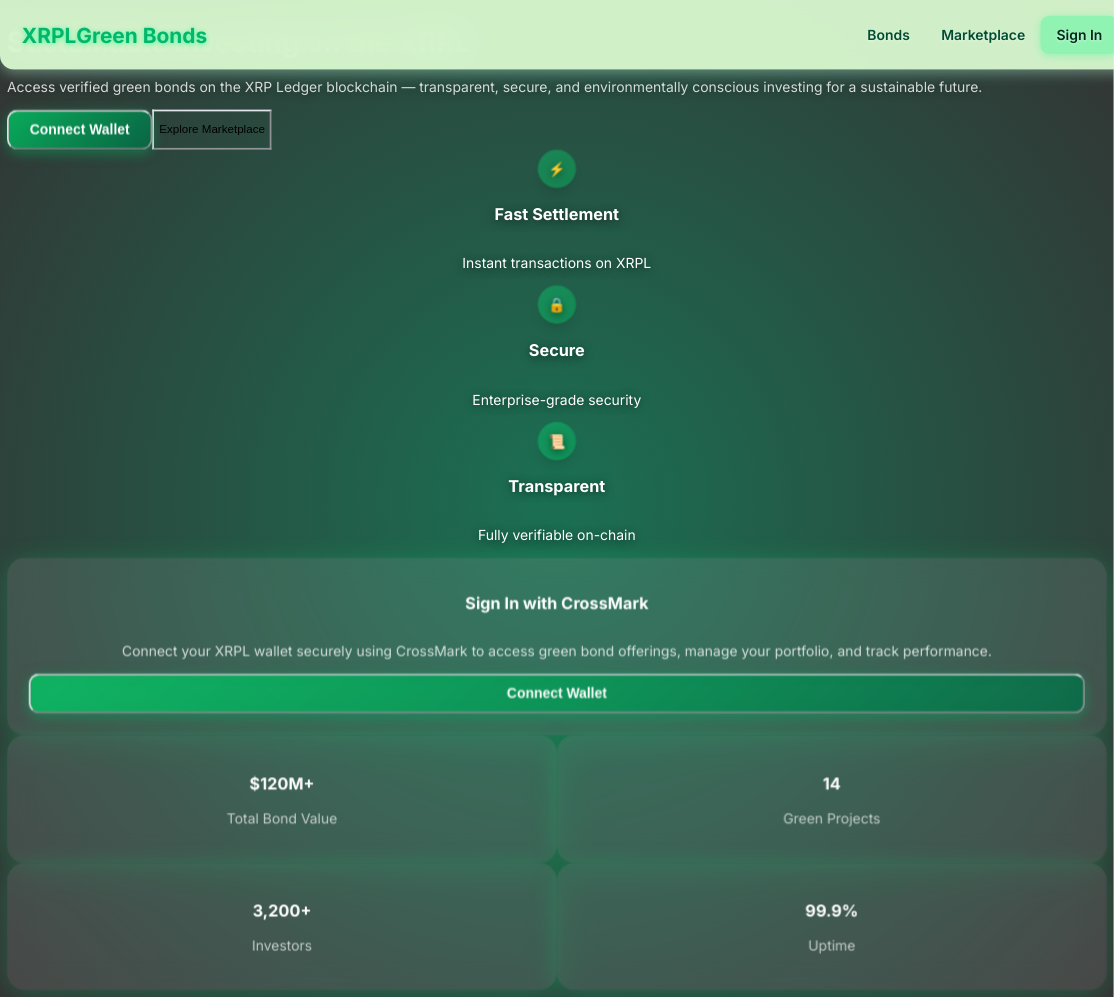
Repository: pbryzek/hackathon-xrpl
Page: / (app in frontend/)
The author's editor kept a copy of each file at every save. The page is drawn from the files as they stood at one save, then again after the next save.
The browser window is 1280 px wide. The pictures show the whole page, at 87% of full size.
The project was rebuilt for these pictures with package versions that can differ from the ones it lists, and the page was loaded fresh each time. Also part of the build but not shown: frontend/vite.config.ts, frontend/src/services/bondService.ts, frontend/src/pages/BondSelection.tsx, frontend/src/lib/utils.ts, frontend/src/components/ui/button.tsx, frontend/src/components/ui/input.tsx, frontend/src/components/ui/label.tsx, frontend/src/components/ui/tabs.tsx and 15 more.

Above is the page before, as saved 2025-03-15 12:38:53.

After the next save:
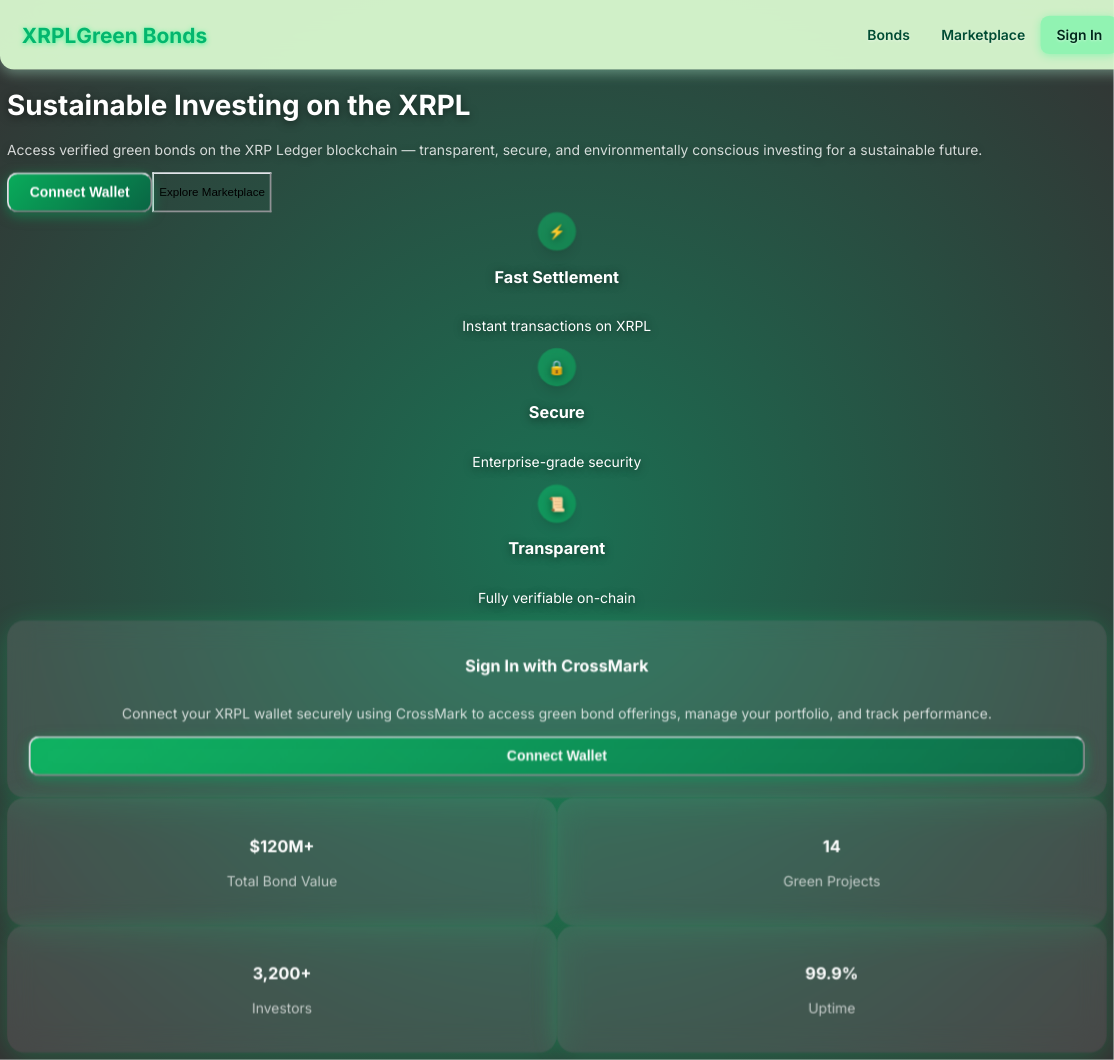
Saved 2 min 52 s later.
--- a/frontend/src/index1.css
+++ b/frontend/src/index1.css
@@ -35,6 +35,28 @@
     --radius: 0.5rem;
   }
 
+  @layer base {
+    body {
+      background: radial-gradient(circle, rgba(2, 96, 64, 0.9) 0%, rgba(0, 0, 0, 0.8) 100%);
+      color: white;
+      font-family: "Inter", sans-serif;
+      margin-top: 80px; /* Ensures space below the fixed header */
+    }
+  }
+
+  /* .header {
+    background: rgba(221, 253, 211, 0.931);
+    backdrop-filter: blur(20px);
+    box-shadow: 0 4px 15px rgba(187, 253, 220, 0.4);
+    padding: 18px 25px;
+    border-radius: 0 0 16px 16px;
+    position: fixed;
+    top: 0;
+    left: 0;
+    width: 100%;
+    z-index: 50;
+  }
+   */
   .dark {
     --background: 222.2 84% 4.9%;
     --foreground: 210 40% 98%;
